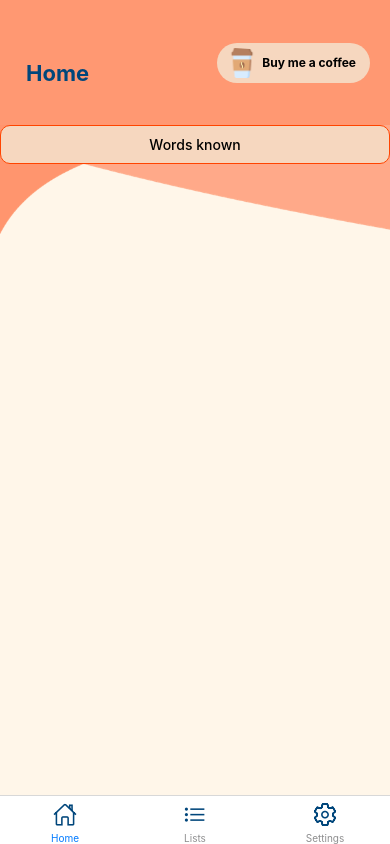
Repository: David-Waite/SpellingApp
Screen: /
An editor plug-in stored every save of this project. The screen is shown before and after the next save, followed by the edit.
The app was drawn by React Native's web renderer in a window 390 px wide. The project was rebuilt for these pictures with package versions that can differ from the ones it lists, and the page was loaded fresh each time. Also part of the build but not shown: screens/Settings.js, screens/SpellWord.js, screens/WordsLearnt.js, screens/WordListOverview.js, screens/WordLists.js, screens/Donate.js.

Above is the screen before, as saved 2023-06-22 22:11:35.

After the next save:
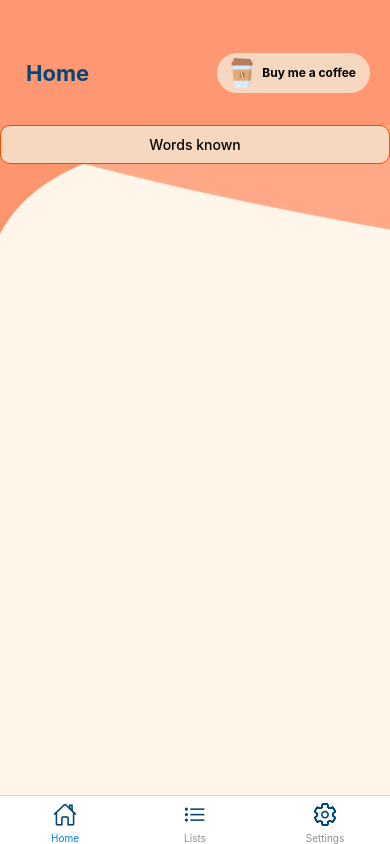
Saved 29 s later.
--- a/components/ui/CoffeeBtn.js
+++ b/components/ui/CoffeeBtn.js
@@ -27,12 +27,11 @@ const styles = StyleSheet.create({
   conatiner: {
     backgroundColor: GlobalStyles.colors.primary100,
     borderRadius: 20,
-
     paddingLeft: 10,
     paddingRight: 14,
     paddingVertical: 5,
-
     marginRight: 20,
+    marginBottom: -20,
   },
   layoutConatiner: {
     flexDirection: "row",
